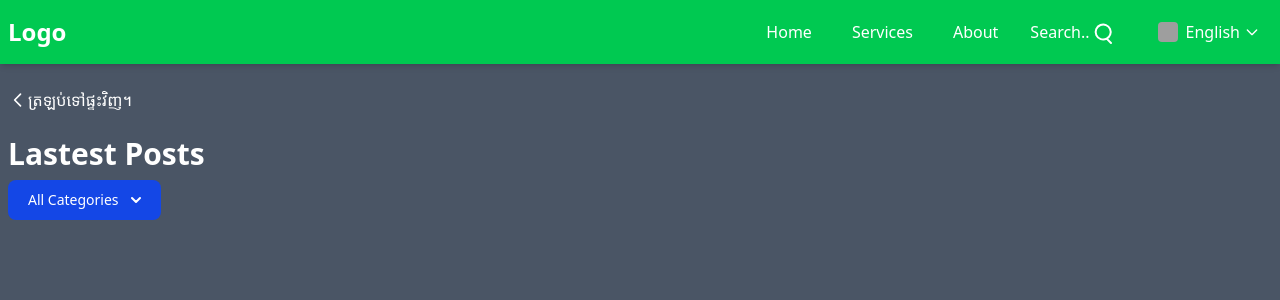
Repository: saroeuntola/we-share
Page: http://localhost/last-post?lang=en
These files come from the project's save history. The page is drawn as it stood at one moment and after the next save; the edit follows.
The browser window is 1280 px wide. The pictures show the whole page.
Pictures or frames that could not be fetched are drawn as grey boxes. The page is run by PHP 8.4 with error messages shown; the project is at /var/www/html/. Style sheets and scripts are compiled from the project's sources, by tool versions that may differ from the author's. Queries for data that is not in the repository find no rows.

Above is the page before, as saved 2025-08-28 19:48:18.

After the next save:
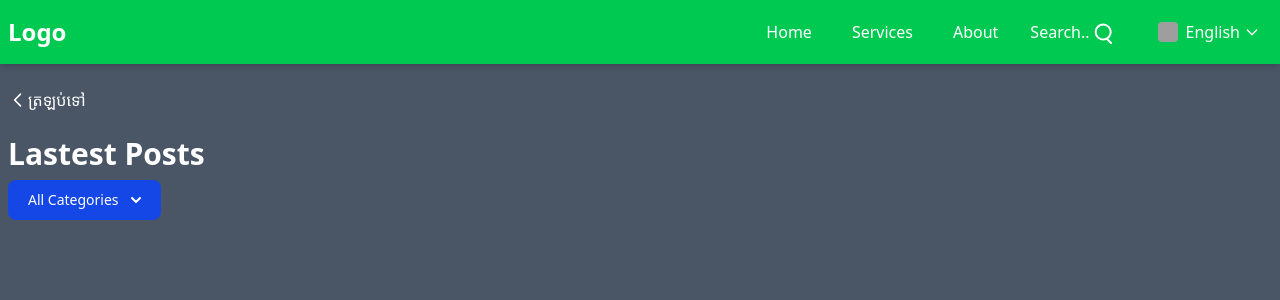
Saved 6 s later.
--- a/last-post.php
+++ b/last-post.php
@@ -68,7 +68,7 @@ usort($allPosts, fn($a, $b) => strtotime($b['created_at']) - strtotime($a['creat
                     viewBox="0 0 24 24" xmlns="http://www.w3.org/2000/svg">
                     <path stroke-linecap="round" stroke-linejoin="round" d="M15 19l-7-7 7-7" />
                 </svg>
-                <?= $lang === 'en' ? 'ត្រឡប់ទៅផ្ទះវិញ។' : '' ?>
+                <?= $lang === 'en' ? 'ត្រឡប់ទៅ' : '' ?>
             </a>
             <h1 class="lg:text-3xl text-2xl font-bold text-white">Lastest Posts</h1>
 
